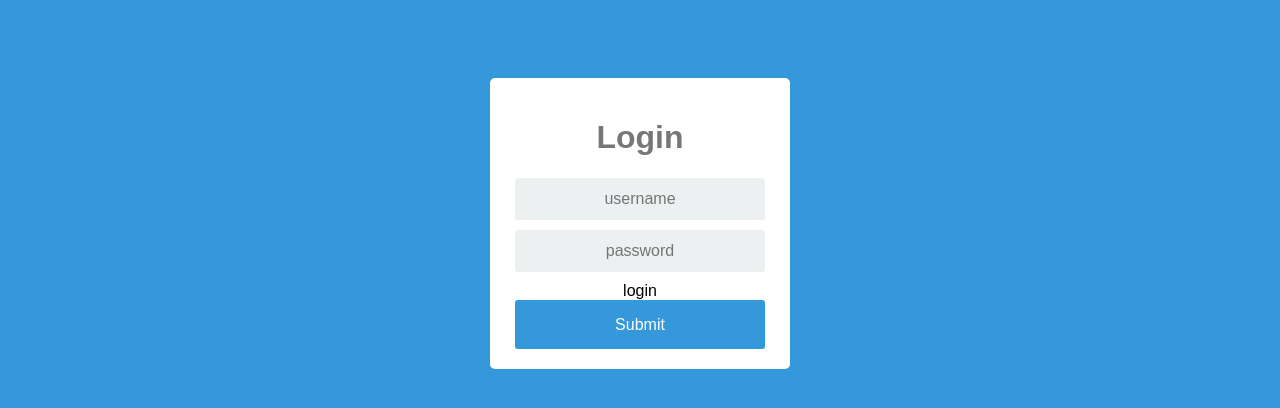
Repository: ash-the-reaper/TaxiRoot
Page: UI/WebContent/dashboard.html
The author's editor kept a copy of each file at every save. The page is drawn from the files as they stood at one save, then again after the next save.
The browser window is 1280 px wide. The pictures show the whole page.

Above is the page before, as saved 2017-03-14 07:41:17.
Console error: ReferenceError: CONTEXT_PATH is not defined

After the next save:
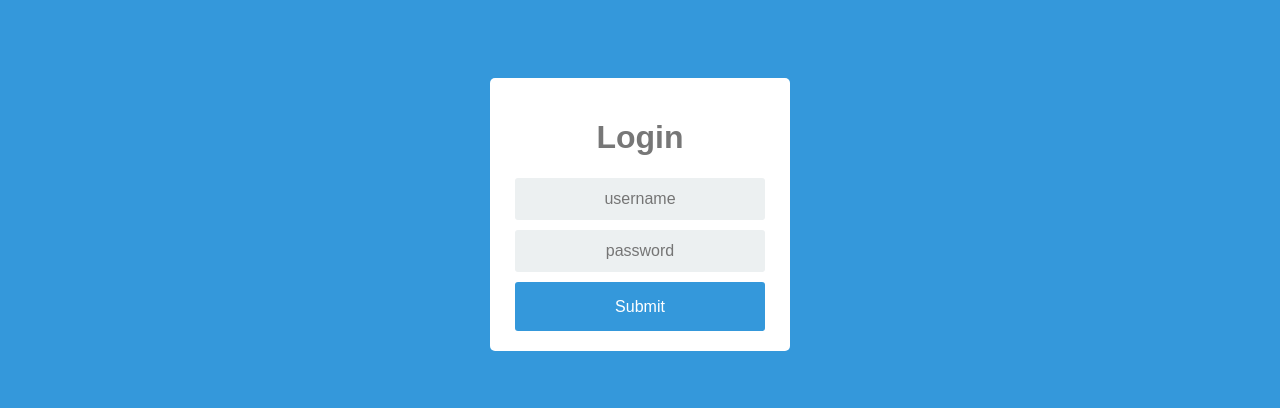
Saved 6 min 52 s later.
--- a/UI/WebContent/dashboard.html
+++ b/UI/WebContent/dashboard.html
@@ -35,7 +35,7 @@
 					<label class="login-field-icon fui-lock" for="login-pass"></label>
 					</div>
 
-					login <input type="submit" class="btn btn-primary btn-large btn-block">
+					<input type="submit" class="btn btn-primary btn-large btn-block">
 				</div>
 			</form>
 		</div>
